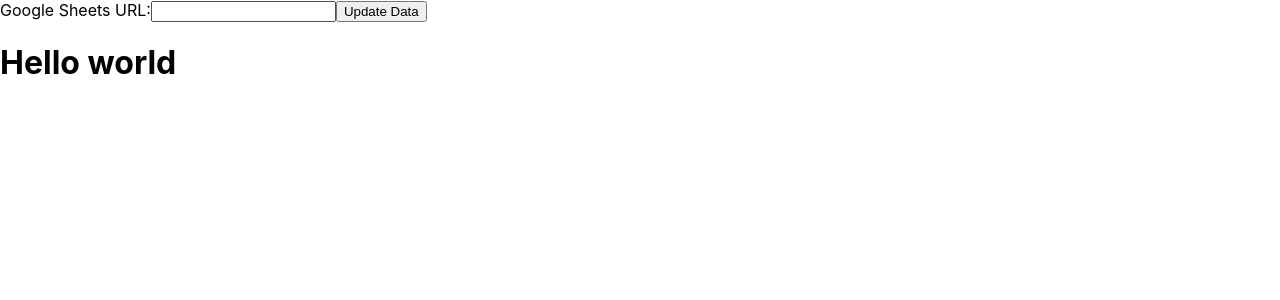
Repository: upcs/cs341-spring-2023-paintfoolery
Page: / (app in sheetsApp/react-sheet/)
The author's editor kept a copy of each file at every save. The page is drawn from the files as they stood at one save, then again after the next save.
The browser window is 1280 px wide. The pictures show the whole page.
The project was rebuilt for these pictures with package versions that can differ from the ones it lists, and the page was loaded fresh each time.

Above is the page before, as saved 2023-02-26 21:19:29.

After the next save:
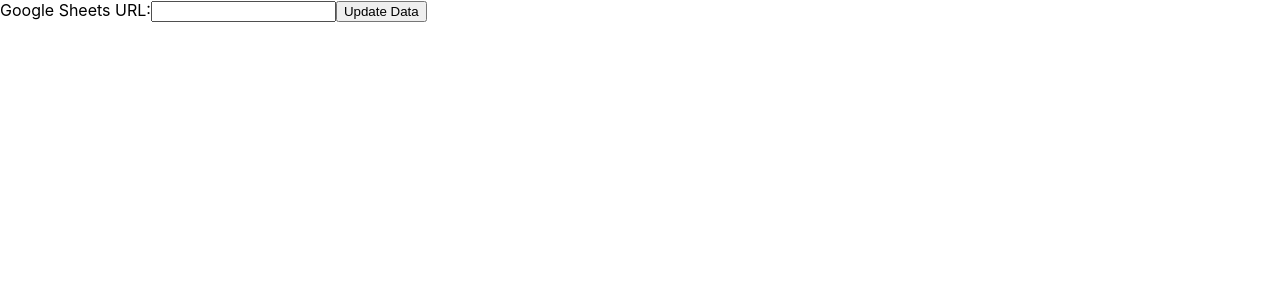
Saved 3 min 57 s later.
--- a/sheetsApp/react-sheet/src/App.js
+++ b/sheetsApp/react-sheet/src/App.js
@@ -6,7 +6,6 @@ function App() {
   return (
     <div>
       <SheetForm />
-      <h1> Hello world</h1>
     </div>
   );
 }
